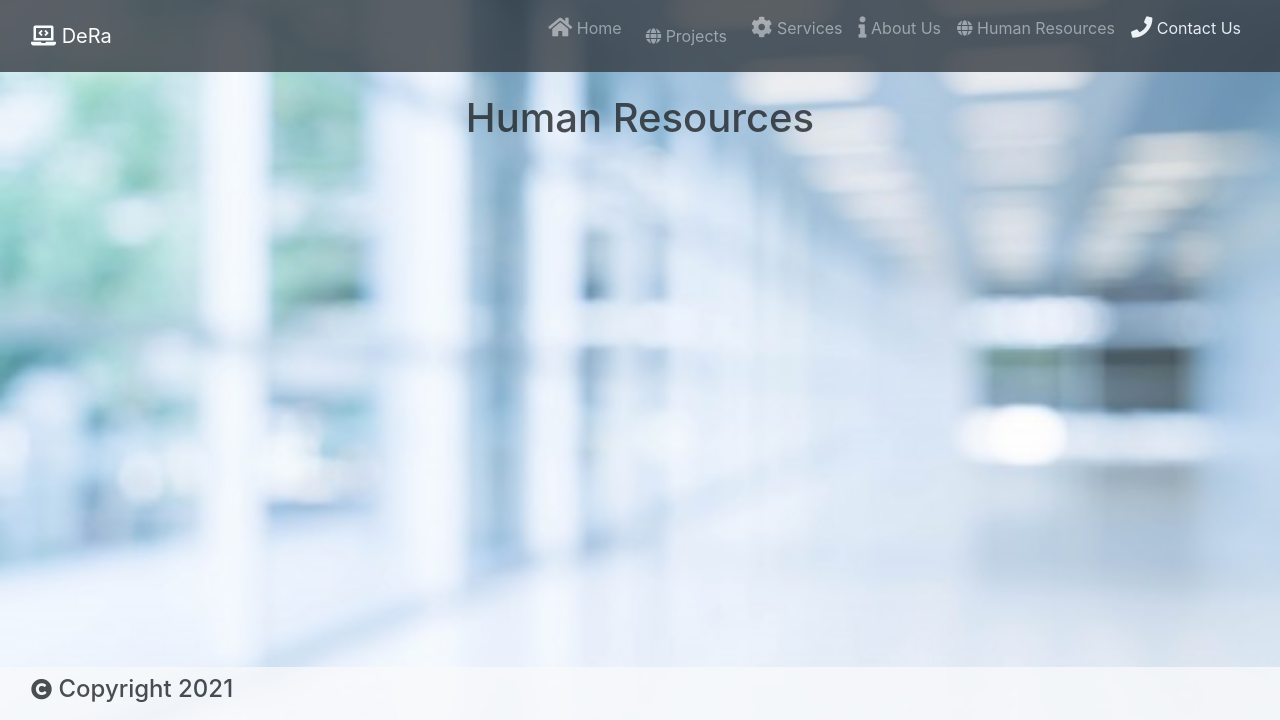
Repository: deividwsantoss/web6201-Lab1
Page: hr.html
These files come from the project's save history. The page is drawn as it stood at one moment and after the next save; the edit follows.
The browser window is 1280 px wide. The pictures show the whole page.

Above is the page before, as saved 2021-02-04 16:05:20.
Console error: TypeError: Cannot set properties of null (setting 'innerHTML')

### hr.html
<!DOCTYPE html>
<html lang="en">
<head>
    <meta charset="UTF-8">
    <meta name="viewport" content="width=device-width, initial-scale=1.0">
    <title>Contact</title>
</head>
<!-- CSS SECTION-->
<link rel="stylesheet" href="./node_modules/bootstrap/dist/css/bootstrap.min.css">
<link rel="stylesheet" href="./node_modules/@fortawesome/fontawesome-free/css/all.min.css">
<link rel="stylesheet" href="./Content/app.css">

<body class="contactimage" id="hrbg">
    <!-- Main Header-->
    <header>
        <nav class="navbar navbar-expand-lg navbar-dark bg-dark">
            <div class="container-fluid">
              <a class="navbar-brand" href="Index.html"><i class="fas fa-laptop-code"></i> DeRa</a>
              <button class="navbar-toggler" type="button" data-bs-toggle="collapse" data-bs-target="#navbarSupportedContent" aria-controls="navbarSupportedContent" aria-expanded="false" aria-label="Toggle navigation">
                <span class="navbar-toggler-icon"></span>
              </button>
              <div class="collapse navbar-collapse" id="navbarSupportedContent">
                <ul id="mainUl" class="navbar-nav ml-auto mb-2 mb-lg-0">
                  <li class="nav-item">
                    <a class="nav-link " aria-current="page" href="Index.html"><i class="fas fa-home fa-lg"></i> Home</a>
                  </li>
                  <li class="nav-item">
                    <a id="prod" class="nav-link" aria-current="page" href="products.html"><i class="fas fa-globe fa-lg"></i> Products</a>
                  </li>
                  <li class="nav-item">
                    <a class="nav-link" aria-current="page" href="services.html"><i class="fas fa-cog fa-lg"></i> Services</a>
                  </li>
                  <li class="nav-item">
                    <a class="nav-link" aria-current="page" href="about.html"><i class="fas fa-info fa-lg"></i> About Us</a>
                  </li>
                  <li class="nav-item">
                    <a class="nav-link active" aria-current="page" href="contact.html"><i class="fas fa-phone fa-lg"></i> Contact Us</a>
                  </li>

                </ul>

              </div>
            </div>
          </nav>

    </header>


    <!-- Main Content-->
    <main class="container">
      <h1 class="text-center"> Human Resources</h1>

    </main>
<!-- Main Footer-->


    <!--- Script Section-->
    <script src="./node_modules/jquery/dist/jquery.min.js"></script>
    <script src="./node_modules/bootstrap/dist/js/bootstrap.bundle.min.js"></script>
    <script src="./Scripts/app.js"></script>
</body>

</html>

### Content/app.css
/* app.js

Author: Deivid Santos   ID: 100731640
Author: S m hasibur Rahman  ID:100765652

Date Completed: 02.04.2021
*/

html{
    height: 100%;
}
body{
    height: 100%;


}
.bg{
    background-image: url("Background-White.jpg");
    background-repeat: no-repeat;
    background-size: cover;
    background-position: center;
    opacity: 0.8;
    height: 100%;
}

.contactimage{
    background-image:url("contactimg.jpg");
    background-repeat: no-repeat;
    background-size: cover;
    background-position: center;
    opacity: 0.8;
}
.productsbg {
    background-image:url("productsbg.jpg");
    background-repeat: no-repeat;
    background-size: cover;
    background-position: center;
    opacity: 0.8;
    height: 778px;
}

.servicesbackgroud{
    height: 1200px;
    background-image:url("services.jpg");
    background-repeat: repeat;
    background-size: cover;
    background-position: center;
    opacity: 0.8;


}
.aboutus{
    background-image:url("bgimage.jpg");
    background-repeat: no-repeat;
    background-size: cover;
    background-position: center;
    opacity: 0.8;
}
#hrbg{
    background-image:url("hr.jpg");
    background-repeat: no-repeat;
    background-size: cover;
    background-position: center;
    opacity: 0.8;
}

#paragraphOne {
    color: black;
    font-size: 220%;
    margin-top: 25%;
    text-shadow: 2px 2px 4px #000;
    font-family: cursive;
    font-weight: bold;

}
h1{
    margin-top: 2%;
}

#custompg{
    width: 400px;

}

#projectsImg{
    width: 150px;
    margin-top: 10%;
}

#pic{
    width:310px; /* you can use % */
    height: auto;
}
/* */
#formId {
    margin-top: 5%;
}

#aboutmain{
    margin-top: 70px;
}
#dlParagraph{
    margin-top: 10%;
    margin-top: 20%;
    font-size: large;
    font-weight: bold;
}
#scotiaParagraph{
    margin-top: 15%;
    font-size: large;
    font-weight: bold;
}
#canadianParagraph{

}

#mainInformation{
    margin-top: 5%;
    margin-right: 0%;
    margin-left: 0%;
}
#mobileInfo{
    margin-top: 10%;
}

#canadianParagraph {
    margin-top: 15%;
    font-size: large;
    font-weight: bold;
}

.names {
    font-size: larger;
    font-weight: bold;
}

### Scripts/app.js
/* app.js

Author: Deivid Santos   ID: 100731640
Author: S m hasibur Rahman  ID:100765652

Date Completed: 02.04.2021
*/


"use strict";

(function(){

    function addHr(){

        let navIn = document.getElementById("mainUl");

        let liCreate = document.createElement('li');

        liCreate.innerHTML = `<a id="prod" class="nav-link" aria-current="page" href="hr.html"><i class="fas fa-globe" name="prod"></i> Human Resources</a>`;

        navIn.insertBefore(liCreate, navIn.getElementsByTagName("li")[4]);

    }

    function addFooter(){


        const body = document.body;
        let footerNav = document.createElement('footer');

        footerNav.innerHTML = `<nav class="navbar fixed-bottom navbar-light bg-light">
        <div class="container-fluid">
          <h4 ><i class="fas fa-copyright fa-sm"></i> Copyright 2021 </h4>
      </div>
        </nav>`

        body.appendChild(footerNav);

    }

    function Projects(){
        let productsElement = document.getElementById("prod");
        let prod = `<a id="prod" class="nav-link" aria-current="page" href="products.html"><i class="fas fa-globe" name="prod"></i> Projects</a>`;


        productsElement.innerHTML = prod;

        let prodNameElement = document.getElementById("prodName");
        let projectName = `<h1 id="prodName" class="text-center">Our Projects</h1>`

        prodNameElement.innerHTML = projectName;
    }
    function displayHome(){
        let paragraphOneText = "Welcome to DeRa Development Website for WebD6201";
        let paragraphOneElement = document.getElementById("paragraphOne");

        paragraphOneElement.textContent = paragraphOneText;
        paragraphOneElement.className = "fs-6 ";
    }
    function displayAbout(){

        let NameOneText = "Deivid Santos";
        let NameOneElemenet = document.getElementById("nameOne");

        NameOneElemenet.innerText = NameOneText;

        let NameTwoText = "Hasibur Rahman";
        let NameTwoElemenet = document.getElementById("nameTwo");

        NameTwoElemenet.innerText = NameTwoText;


    }
    function displayProducts(){

        //deloitte
        let dlText = "DeRa is proud for leading the main developing project for DL."
        let dlElement = document.getElementById("dlParagraph");

        dlElement.textContent = dlText;

        //Scotia
        let scotiaText = "Another Big company we are proud to have worked with"
        let scotiaElement = document.getElementById("scotiaParagraph");

        scotiaElement.textContent = scotiaText;
        // Canadian Tire

        let canadianParagraphText = "In 2020 we had the opportunity to work with one of the biggest companies in Canada! ";
        let canadianElement = document.getElementById("canadianParagraph");

        canadianElement.innerText = canadianParagraphText;

    }
    function displayHR(){
        let hrText = "Please, our Human Resources would be happy to get in touch with you by humanresources@dera.ca";
        let hrElement = document.getElementById("hrMessage");

        hrElement.innerText = hrText;
    }
    function displayServices(){

        //intro text
        let servicesIntroText = "DeRa Development can provide you the best customized solution for you";
        let servicesIntroElement = document.getElementById("serviceIntro");
        servicesIntroElement.textContent = servicesIntroText;

        // custom dev text
        let customParagraphText = "DeRa Development have been delivering successful custom programs to our clients since the date we were born. \nSince DeRa was born we have seen a rapid change in website technology which we were always able to adapt";
        let customParagraphElement = document.getElementById("customParagraph");

        customParagraphElement.innerText = customParagraphText;

        //mobile text

        let mobileParagraphText = "We have the knowledge and skills to provide you the best quality solution for any kind of device. \nMobile development is one of our strengths.";
        let mobileParagraphElement = document.getElementById("mobileInfo");

        mobileParagraphElement.innerText = mobileParagraphText;

        //design paragraph
        let webDesignParagraphText = "Our high quality design makes the user interaction a whole new journey";
        let webDesignParagraphElement = document.getElementById("DesParagraph");

        webDesignParagraphElement.innerText = webDesignParagraphText;
    }
    function displayContact(){

        let messageArea = document.getElementById("messageArea");
        messageArea.hidden = true;

        //Form Validation...

        let fullName = document.getElementById("fullName");
        fullName.addEventListener("blur", function(){
            if(fullName.value.length < 2){
                fullName.focus;
                fullName.select();
                messageArea.hidden = false;
                messageArea.className = "alert alert-danger";
                messageArea.textContent = "Please, Enter an appropriate name."
            }
            else{
                messageArea.removeAttribute("Class");
                messageArea.hidden = true;
            }
        });

        //validating number
        let contactNumber = document.getElementById("contactNumber");
        contactNumber.addEventListener("blur", function(){

            if(contactNumber.value.length < 10 || contactNumber.value.length > 10 )
            {
                contactNumber.focus;
                contactNumber.select();
                messageArea.hidden = false;
                messageArea.className = "alert alert-danger";
                messageArea.textContent = "Please, Insert a valid Number";
            }
            else {
                messageArea.removeAttribute("Class");
                messageArea.hidden = true;
            }

        });

        // Validating short text
        let shortMessage = document.getElementById("shortMessage");
        shortMessage.addEventListener("blur", function(){

            if(shortMessage.value.length > 50){
                shortMessage.focus;
                shortMessage.select();
                messageArea.hidden = false;
                messageArea.className = "alert alert-danger";
                messageArea.textContent = "Maximum characters allowed (50)";
            }
            else{
                messageArea.removeAttribute("Class");
                messageArea.hidden = true;
            }
        });

        let sendButton = document.getElementById("sendButton");
        sendButton.addEventListener("click", function(event){
            event.preventDefault();
        });
        document.getElementById("sendButton").onclick = function (){
            location.href = "index.html"
        };

    }


    function Start(){
        console.log("App Start...");

        switch (document.title) {

            case 'Home':
                displayHome();
                break;
            case 'About':
                displayAbout();
                break;
            case 'Products':
                displayProducts();
                break;
            case 'Services':
                displayServices();
                break;
            case 'Contact':
                displayContact();
                break;
            case 'HR':
                displayHR();
                break;

        }


    }

    window.addEventListener("load",addFooter);
    window.addEventListener("load",Projects);
    window.addEventListener("load",Start);
    window.onload = addHr();

})();

Loaded but not shown: node_modules/bootstrap/dist/css/bootstrap.min.css (library); node_modules/@fortawesome/fontawesome-free/css/all.min.css (library); node_modules/jquery/dist/jquery.min.js (library); node_modules/bootstrap/dist/js/bootstrap.bundle.min.js (library)

After the next save:
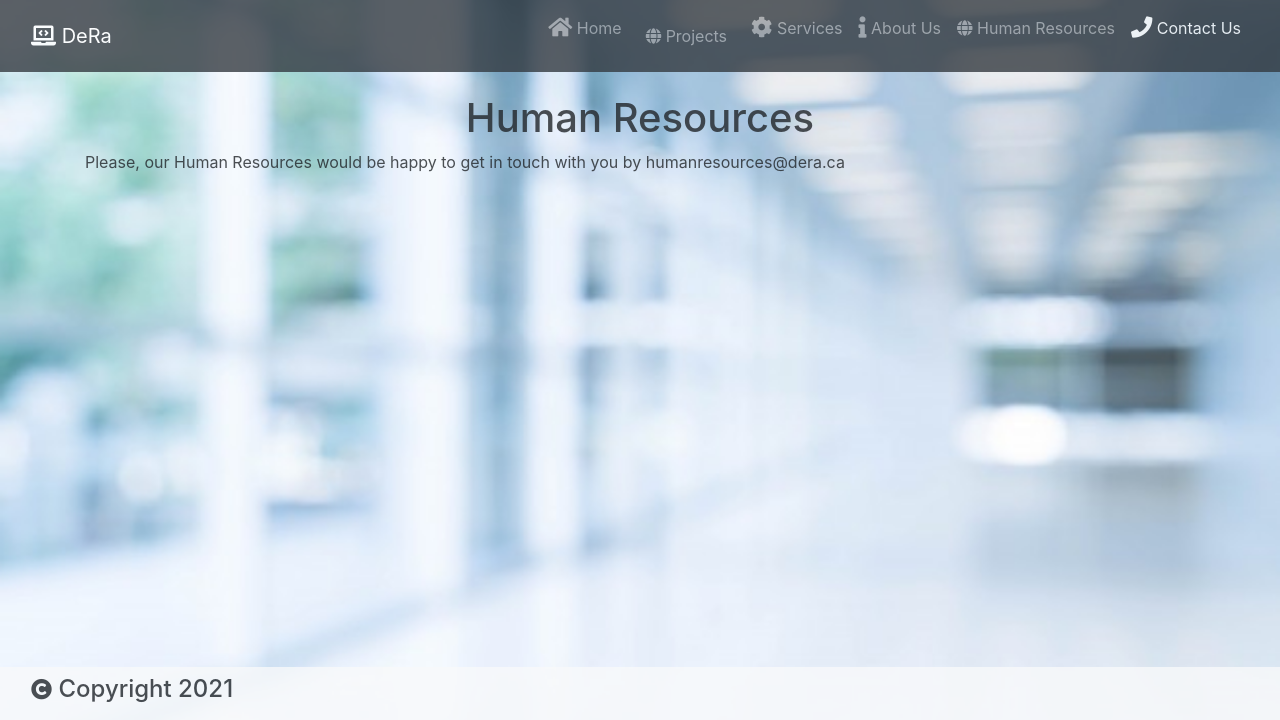
Saved 8 s later.
--- a/hr.html
+++ b/hr.html
@@ -3,7 +3,7 @@
 <head>
     <meta charset="UTF-8">
     <meta name="viewport" content="width=device-width, initial-scale=1.0">
-    <title>Contact</title>
+    <title>HR</title>
 </head>
 <!-- CSS SECTION-->
 <link rel="stylesheet" href="./node_modules/bootstrap/dist/css/bootstrap.min.css">
@@ -50,6 +50,8 @@
     <main class="container">
       <h1 class="text-center"> Human Resources</h1>
 
+      <p id="hrMessage"></p>
+
     </main>
 <!-- Main Footer-->
 
